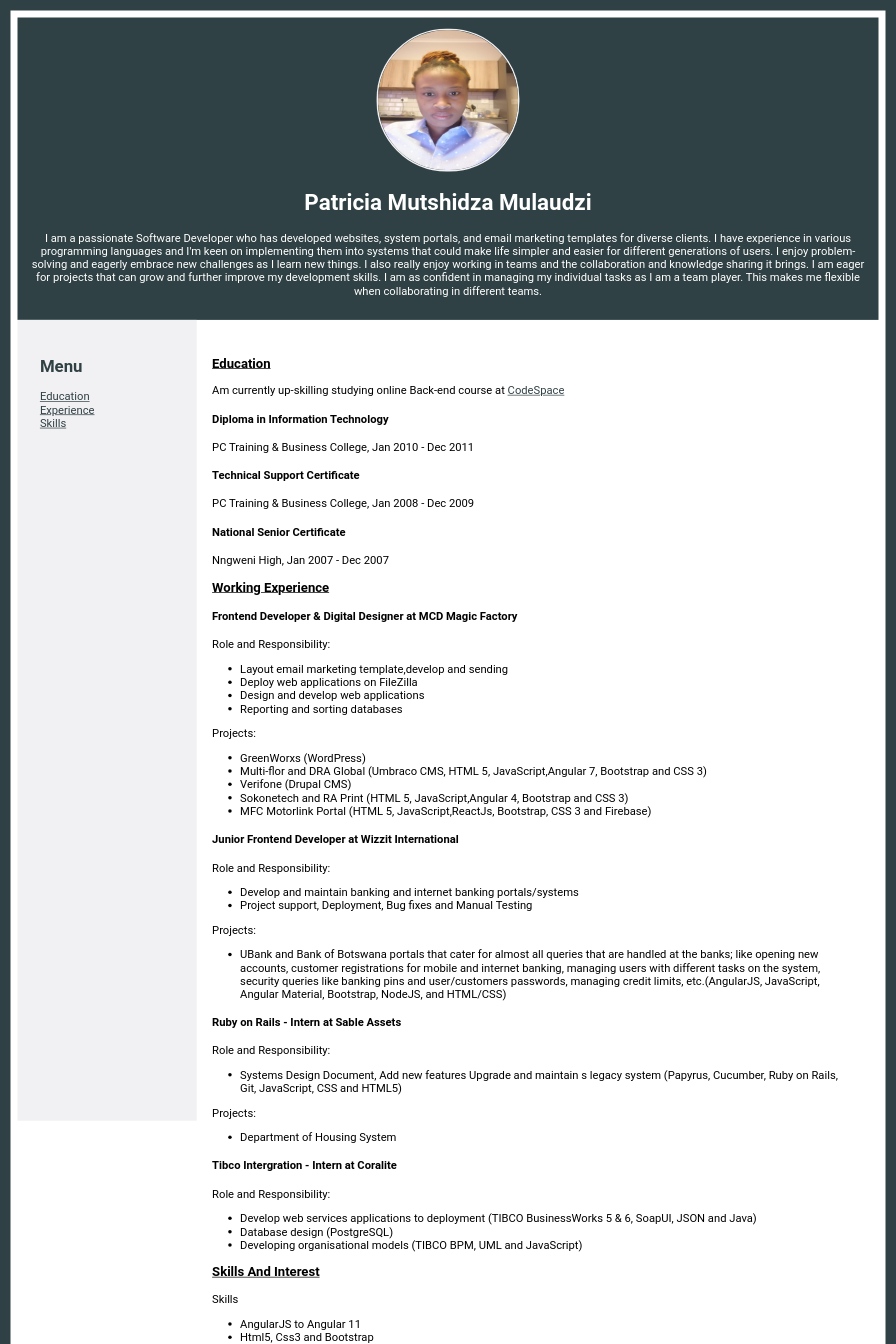
Repository: Patricious/Digital-Resume-01
Page: index.html
The author's editor kept a copy of each file at every save. The page is drawn from the files as they stood at one save, then again after a run of saves.
The browser window is 1280 px wide. The pictures show the part of the page from y = 0 to 1920 px (the page is 2288 px tall before and 2950 px after), at 70% of full size.

Above is the page before, as saved 2021-08-23 11:51:32.

After the next 3 saves:
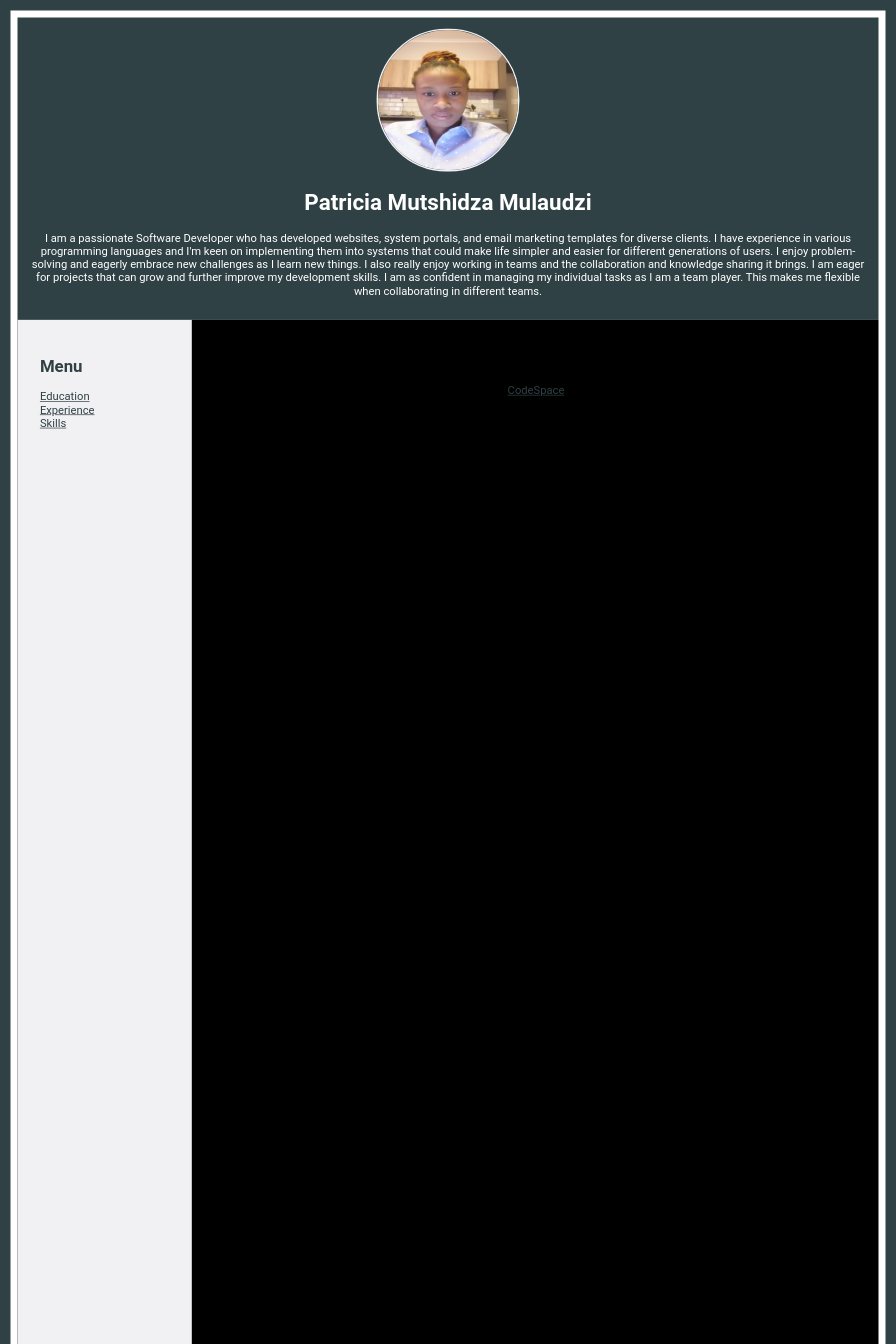
The 3 saves are shown as one change because they came seconds apart.
The last was saved 27 s later.
--- a/css/stylesheet.css
+++ b/css/stylesheet.css
@@ -1,70 +1,76 @@
-    body {
-        font-family: 'Roboto', sans-serif;
-        font-size: 100%;
-        background-color: #ffffff;
-        margin: 10px;
-        overflow-y: scroll;
-    }
+     html {
+         border: 15px solid #304145;
+     }
 
-    html {
-        border: 15px solid #304145;
-    }
+     body {
+         font-family: 'Roboto', sans-serif;
+         font-size: 100%;
+         background-color: #ffffff;
+         margin: 10px;
+         overflow-y: scroll;
+     }
 
-    header {
-        text-align: center;
-        background-color: #304145;
-        color: #ffffff;
-        padding: 1em;
-    }
+     .container {
+         position: relative;
+         height: 100%;
+         background-color: black;
+     }
 
-    aside {
-        background-color: #F1F1F3;
-        color: #304145;
-        width: 15%;
-        padding: 2em;
-        height: 150%;
-        float: left;
-        position: absolute;
-        flex: 0 0 auto;
-    }
+     header {
+         text-align: center;
+         background-color: #304145;
+         color: #ffffff;
+         padding: 1em;
+     }
 
-    h3 {
-        text-decoration: underline;
-    }
+     aside {
+         background-color: #F1F1F3;
+         color: #304145;
+         width: 15%;
+         padding: 2em;
+         height: 150%;
+         float: left;
+         position: absolute;
+         flex: 0 0 auto;
+     }
 
-    article {
-        padding: 2em;
-        margin-left: 20%;
-    }
+     h3 {
+         text-decoration: underline;
+     }
 
-    .profile {
-        border-radius: 100px;
-        border: 2px solid #F1F1F3;
-    }
+     article {
+         padding: 2em;
+         margin-left: 20%;
+     }
 
-    .circle {
-        border-radius: 100px;
-        padding: 5px;
-    }
+     .profile {
+         border-radius: 100px;
+         border: 2px solid #F1F1F3;
+     }
 
-    .rounded {
-        border-radius: 15px;
-        padding: 5px;
-    }
+     .circle {
+         border-radius: 100px;
+         padding: 5px;
+     }
 
-    .nav {
-        list-style-type: none;
-        margin: 0;
-        padding: 0;
-    }
+     .rounded {
+         border-radius: 15px;
+         padding: 5px;
+     }
 
-    a {
-        color: #304145;
-    }
+     .nav {
+         list-style-type: none;
+         margin: 0;
+         padding: 0;
+     }
 
-    footer {
-        background-color: #304145;
-        text-align: center;
-        color: #ffffff;
-        padding: 1em;
-    }
+     a {
+         color: #304145;
+     }
+
+     footer {
+         background-color: #304145;
+         text-align: center;
+         color: #ffffff;
+         padding: 1em;
+     }
